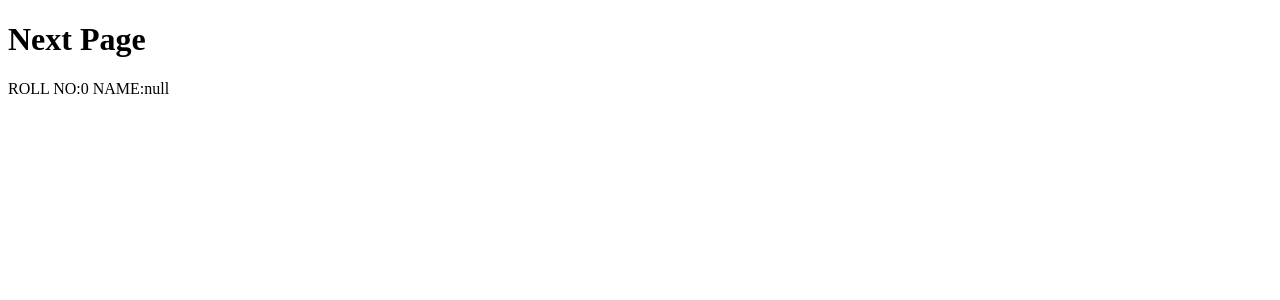
Repository: nspandey/Phase-2
Page: http://localhost/UseBeanWebAppJSP/next.jsp
The author's editor kept a copy of each file at every save. The page is drawn from the files as they stood at one save, then again after the next save.
The browser window is 1280 px wide. The pictures show the whole page.
The page is served by Tomcat 9.

Above is the page before, as saved 2023-02-10 17:17:39.

After the next save:
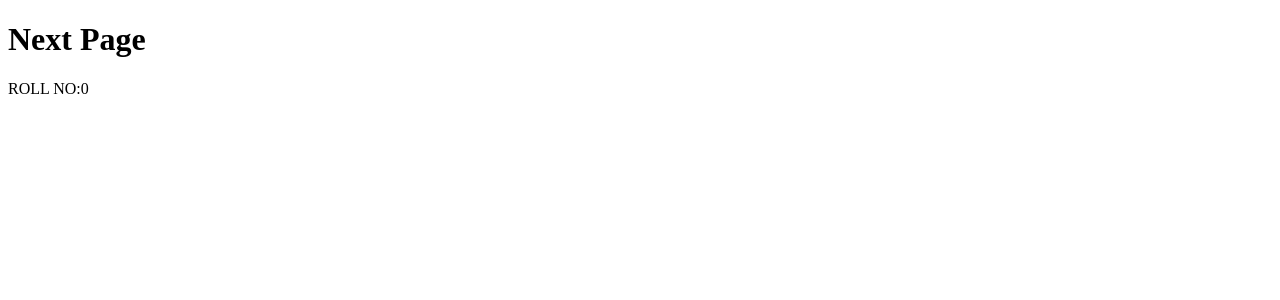
Saved 26 s later.
--- a/UseBeanWebAppJSP/src/main/webapp/next.jsp
+++ b/UseBeanWebAppJSP/src/main/webapp/next.jsp
@@ -17,7 +17,6 @@
 
 <!-- LET'S CALL GETTER -->
 ROLL NO:<jsp:getProperty property="rollNo" name="obj"/>
-NAME:<jsp:getProperty property="name" name="obj"/>
 
 </body>
 </html>
